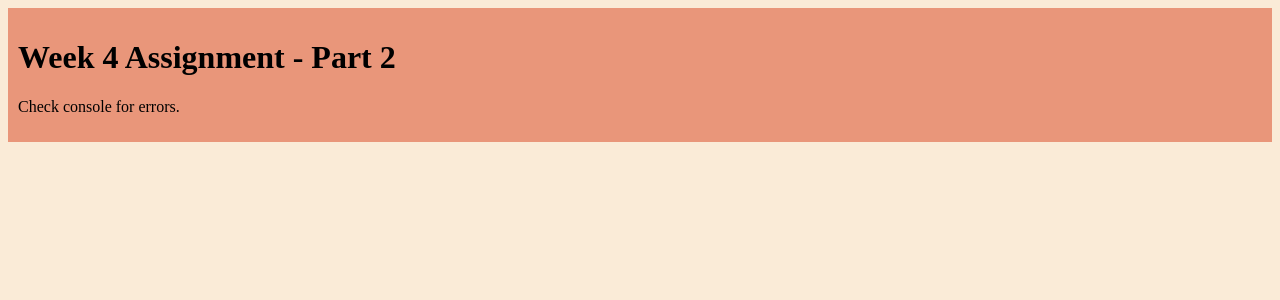
Repository: Ellusionism/prime-pw-week-4-assignment-part-2
Page: assignment/index.html
An editor plug-in stored every save of this project. The page is shown before and after a run of saves, followed by the edit.
The browser window is 1280 px wide. The pictures show the whole page.

Above is the page before, as saved 2022-11-16 17:44:10.

### assignment/index.html
<!DOCTYPE html>
<meta name="viewport" content="width=device-width">
<html lang="en-US">
  <head>
    <meta charset="utf-8">
    <title>Week 4 Assignment</title>
    <link rel="stylesheet" href="stylesheet.css"></link>
    <!-- Create and CSS file -->
  </head>
  <body>
    <header class="homepageHeader">
      <h1>Week 4 Assignment - Part 2</h1>
      <p>Check console for errors.</p>
  </header>
  </body>
</html>

### assignment/stylesheet.css
body {
 background-color:antiquewhite;
}

.homepageHeader {
 background-color:darksalmon;
 padding: 10px;
}

After the next 4 saves:
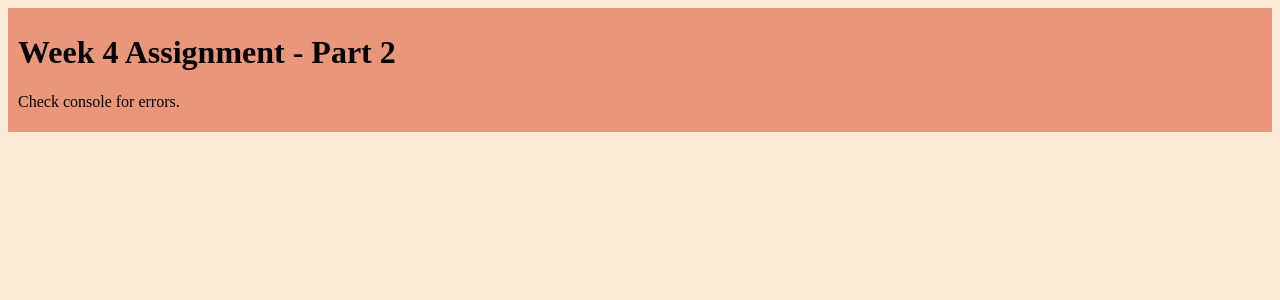
The 4 saves are shown as one change because they came seconds apart.
The last was saved 19 s later.
--- a/assignment/stylesheet.css
+++ b/assignment/stylesheet.css
@@ -4,5 +4,5 @@ body {
 
 .homepageHeader {
  background-color:darksalmon;
- padding: 10px;
+ padding: 5px 10px;
 }
